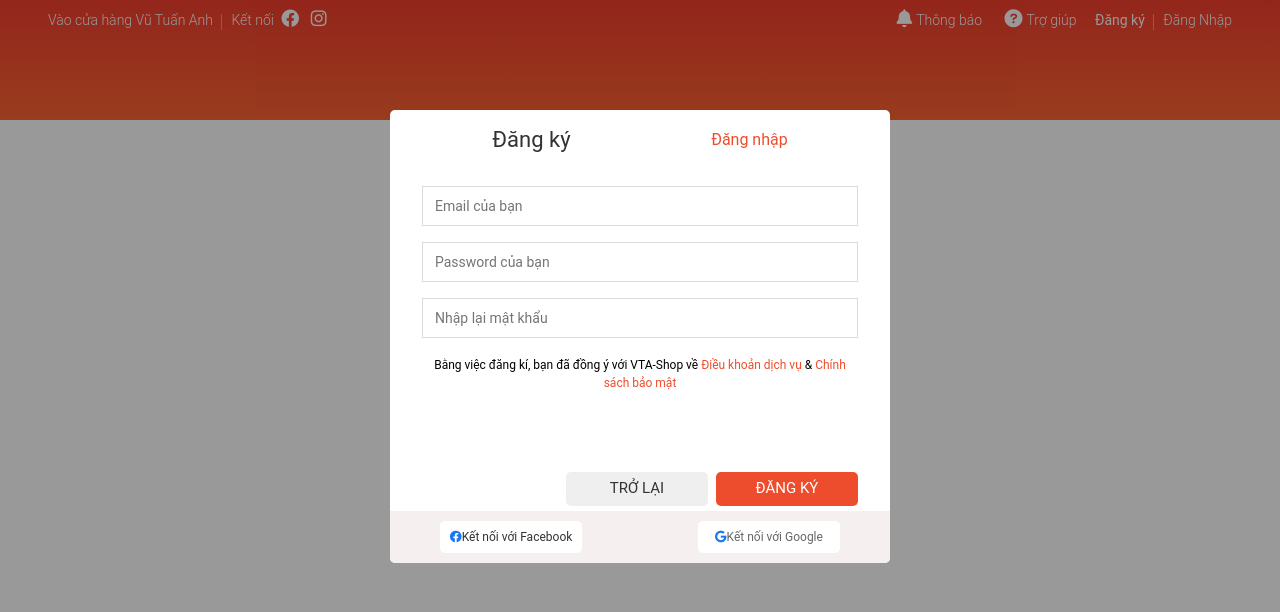
Repository: VuTuanAnh0949/Shopee
Page: index.html
These files come from the project's save history. The page is drawn as it stood at one moment and after the next save; the edit follows.
The browser window is 1280 px wide. The pictures show the whole page.

Above is the page before, as saved 2022-02-16 14:05:16.

### index.html
<!DOCTYPE html>
<html lang="en">

<head>
    <meta charset="UTF-8" />
    <meta http-equiv="X-UA-Compatible" content="IE=edge" />
    <meta name="viewport" content="width=device-width, initial-scale=1.0" />
    <title>Shopee</title>
    <link rel="stylesheet" href="https://cdnjs.cloudflare.com/ajax/libs/normalize/8.0.1/normalize.min.css" />
    <link rel="stylesheet" href="./assets/css/base.css" />
    <link rel="stylesheet" href="./assets/css/main.css" />
    <link rel="stylesheet" href="./assets/fonts/fontawesome-free-6.0.0-web/css/all.min.css">
    <link rel="stylesheet" href="https://fonts.googleapis.com/css?family-Roboto:300, 400, 500,78
0&display=swap&subset=vietnamese" rel="stylesheet" />

</head>

<body>
    <!-- Block Element Modifier -->
    <div class="app">
        <header class="header">
            <div class="grid">
                <nav class="header__navbar">
                    <ul class="header__navbar-list">
                        <li class="header__navbar-item header__navbar-item--has-qr header__navbar-item--separate">Vào cửa hàng Vũ Tuấn Anh
                            <div class="header__qr">
                                <img src="./assets/img/QR_code.png" alt="QR Code" class="header__qr-img">
                                <div class="header__qr-apps">
                                    <a href="" class="header__qr-link"><img src="./assets/img/Google_Play.png" alt="Google Play" class="header__qr-dowload-img">
                                    </a>
                                    <img src="./assets/img/App_store.png" alt="App Store" class="header__qr-dowload-img">
                                </div>
                            </div>
                        </li>
                        <li class="header__navbar-item">
                            <span class="header__navbar-title--no-pointer">Kết nối</span>
                            <a href="" class="header__navbar-icon-link"><i class="header__navbar-icon fa-brands fa-facebook"></i></a>
                            <a href="" class="header__navbar-icon-link"><i class="header__navbar-icon fa-brands fa-instagram"></i></a>
                        </li>
                    </ul>

                    <ul class="header__navbar-list">
                        <li class="header__navbar-item header__navbar-item--has-notification">
                            <a href="" class="header__navbar-item-link"><i class="header__navbar-icon fa-solid fa-bell"></i>Thông báo</a>
                            <div class="header__notification">
                                <header class="header__notification-header">
                                    <h3>Thông báo mới nhận</h3>
                                </header>
                                <ul class="header__notification-list">
                                    <li class="header__notification-item header__notification-viewed">
                                        <a href="" class="header__notification-link">
                                            <img src="https://cf.shopee.vn/file/a2344384834f0903b232953bf8e1d283_tn" alt="" class="header__notification-img">
                                            <div class="header__notification-info">
                                                <span class="header__notification-name">Bàn Phím cơ chính hãng K400-Đen</span>
                                                <span class="header__notification-descriotion">Bàn phím cơ máy tính gaming K550 Pro full Led 7 chế độ hiệu ứng là mẫu bàn phím phù hợp cho văn phòng và game thủ</span>
                                            </div>
                                        </a>
                                    </li>
                                    <li class="header__notification-item">
                                        <a href="" class="header__notification-link">
                                            <img src="https://cf.shopee.vn/file/fbd0d6cd59ae0c260cbdd8d2bdccbe06_tn" alt="" class="header__notification-img">
                                            <div class="header__notification-info">
                                                <span class="header__notification-name">Bàn phím cơ chính hãng K400-Trắng xanh 1</span>
                                                <span class="header__notification-descriotion">Bàn phím cơ máy tính gaming K550 Pro full Led 7 chế độ hiệu ứng là mẫu bàn phím phù hợp cho văn phòng và game thủ</span>
                                            </div>
                                        </a>
                                    </li>
                                    <li class="header__notification-item ">
                                        <a href="" class="header__notification-link">
                                            <img src="https://cf.shopee.vn/file/26989c24e549299dcfb324055082c553" alt="" class="header__notification-img">
                                            <div class="header__notification-info">
                                                <span class="header__notification-name">Bàn phím cơ chính hãng K400-Trắng xanh 2</span>
                                                <span class="header__notification-descriotion">>Bàn phím cơ máy tính gaming K550 Pro full Led 7 chế độ hiệu ứng là mẫu bàn phím phù hợp cho văn phòng và game thủ</span>
                                            </div>
                                        </a>
                                    </li>
                                </ul>
                                <div class="footer header__notification-footer">
                                    <a href="" class="header__notification-footer-btn">Xem tất cả</a>


                                </div>
                            </div>
                        </li>
                        <li class="header__navbar-item">
                            <a href="" class="header__navbar-item-link"><i class="header__navbar-icon fa-solid fa-circle-question"></i>Trợ giúp</a>
                        </li>
                        <li class="header__navbar-item header__navbar-item--strong header__navbar-item--separate">Đăng ký</li>
                        <li class="header__navbar-item header__navbar-ite--strong"> Đăng Nhập</li>
                    </ul>
                </nav>
            </div>
        </header>
        <div class="container">

        </div>
        <footer class="footer">

        </footer>
    </div>
    <!-- Modal layout -->
    <div class="modal">
        <div class="modal__overlay"></div>

        <div class="modal__body">

            <!-- Authen form -->
            <div class="auth-form">
                <div class="auth-form__container">
                    <div class="auth-form__container"></div>
                    <div class="auth-form__header">
                        <h3 class="auth-form__heading">Đăng ký</h3>
                        <span class="auth-form__switch-btn">Đăng nhập</span>
                    </div>
                    <div class="auth-form__form">
                        <div class="auth-form__group">
                            <input type="text" class="auth-form__input" placeholder="Email của bạn">
                        </div>
                        <div class="auth-form__group">
                            <input type="password" class="auth-form__input" placeholder="Password của bạn">
                        </div>
                        <div class="auth-form__group">
                            <input type="password" class="auth-form__input" placeholder="Nhập lại mật khẩu ">
                        </div>
                    </div>
                    <div class="auth-form__aside">
                        <p class="auth-form__policy-text">
                            Bằng việc đăng kí, bạn đã đồng ý với VTA-Shop về
                            <a href="" class="auth-form__text-link">Điều khoản dịch vụ</a> &
                            <a href="" class="auth-form__text-link">Chính sách bảo mật</a>
                        </p>
                    </div>
                    <div class="auth-form__controls">
                        <button class="btn btn--normal auth-form__controls-back ">TRỞ LẠI</button>
                        <button class="btn btn--primary">ĐĂNG KÝ</button>
                    </div>
                </div>
                <div class="auth-form__socials--facebook">
                    <a href="" class="btn btn--size-s btn--with-icon">
                        <i class="auth-form__socials-icon fa-brands fa-facebook"></i>
                        <span class="auth-form__socials-title">
                            Kết nối với Facebook
                        </span>
                    </a>

                    <a href="" class="auth-form__socials--google btn btn--size-s btn--with-icon">
                        <i class="auth-form__socials-icon fa-brands fa-google"></i>
                        <span class="auth-form__socials-title">
                            Kết nối với Google
                        </span>
                    </a>
                </div>
            </div>
        </div>
    </div>
</body>

</html>

### assets/css/base.css
:root {
  --primary-color:#EE4D2D;
  --white-color: #fff;
  --black-color: #000;
  --text-color: #333;
  --border-color:#dbdbdb;
}
* {
  box-sizing: inherit;
}
html {
  font-size: 62.5%;
  line-height: 1.6rem;
  font-family: "Roboto", sans-serif;
  box-sizing: border-box;
}
.grid {
  width: 1200px;
  max-width: 100%;
  margin: 0 auto;
}
.grid__full-width {
  width: 100%;
}
.grid__row {
  display: flex;
  flex-wrap: wrap;
}
/* Animation */
@keyframes fadeIn{
  from{
    opacity: 0;
  }to{
    opacity: 1;
  }
}
/* Modal */
.modal{
  position: fixed;
  top: 0;
  right: 0;
  bottom: 0;
  left: 0;
  display: flex;
}
.modal__overlay{
  position: absolute;
  width: 100%;
  height: 100%;
  background-color: rgba(0,0,0,0.4);
}
.modal__body{
  width: 500px;
  height: 500px;
  margin: auto;
  position: relative;
  z-index: 1;  /* để cho modal nổi lên */
}
/* Button style */
.btn{
  min-width: 142px;
  height: 34px;
  text-decoration: none;
  border:none ;
  border-radius: 5px;
  font-size: 1.5rem;
  padding:0 12px;
  outline: none;
  cursor: pointer;
  color: var(--text-color);
  align-items: center;
 justify-content: center;
}
.btn.btn--normal:hover{
  background-color: rgba(0,0,0,0.05);
}
.btn.btn--size-s{
  height: 32px;
  font-size: 12px;
  padding:0 8px;
}
/* .. dùng để css 1 element có 2 class */
.btn.btn--primary{
  color: var(--white-color);
  background-color: var(--primary-color);
  }
.btn.btn-disabled{
  color: #949494;
  cursor: default;
  background-color: #c3c3c3;
}

### assets/css/main.css
.header{
height: 120px;
background-image:linear-gradient(0, #fe6433, #f53e2d) ;
}
.header__navbar{
  display: flex;
  justify-content: space-between;
}
.header__navbar-list{
list-style: none;
padding-left: 0;
margin-top: 9px;
}
.header__navbar-item{
  margin: 0 8px;
  position: relative;
  min-height: 26px;
}
.header__navbar-item--has-qr:hover .header__qr{
  display: block;
}
.header__navbar-item--has-notification:hover .header__notification{
  display: block;
}
.header__navbar-item,
.header__navbar-item-link{
  display:inline-block;
  font-size: 1.4rem;
  color:var(--white-color);
  text-decoration: none;
  font-weight: 300;
}
.header__navbar-item,
.header__navbar-item-link,
.header__navbar-icon-link{
/*   display: flex; */
  align-items: center;
}
.header__qr::before{
  position: absolute;
  left: 0;
  top: -16px;
  width: 100%;
  height: 20px;
  content: "";
  display: block;

}
.header__navbar-item:hover,
.header__navbar-icon-link:hover,
.header__navbar-item-link:hover{
  cursor: pointer;
  color: rgba(255,255,255,0.7);
}
.header__navbar-item--strong{
  font-weight: 400;
}
.header__navbar-item--separate::after{
  content: "";
  display: block;
  position: absolute;
border-left: 1px solid #FB9086;
height: 16px;
right: -9px;
top: 37%;
transform: translateY(-50%);
}
.header__navbar-icon-link{
  color: var(--white-color);
  text-decoration: none;
}
.header__navbar-icon{
  font-size: 1.8rem;
  margin: 0 4px;
}
.header__navbar-title--no-pointer{
  cursor: text;
  color: var(--white-color);
  text-decoration: none;
}
/* Header QR code */
.header__qr{
  width: 180px;
background-color: var(--white-color);
position: absolute;
left: 0;
top: 100%;
padding: 8px;
border-radius: 5px;
display: none;
animation: fadeIn ease-in 0.3s;
}
.header__qr-img{
width: 100%;
}
.header__qr-apps{
display: flex;
justify-content: space-between;
}
.header__qr-link:nth-child(1){
  margin-left: 11px;
}
.header__qr-link:nth-child(2){
  margin-right: 15px;
}
.header__qr-dowload-img{
  height: 16px;
}
/* header__notification */
.header__notification{
position: absolute ;
top: 27px;
right: 0;
width: 404px;
background-color: var(--white-color);
border-radius: 5px;
border: 1px solid #D3D3D3;
cursor: default;
transform-origin:90% top;
animation:  headerNotificationGrowth ease-in 0.2s;
will-change: opacity, transform;
display: none;
}
.header__notification::before{
content: "";
border-width:20px 30px ;
border-style: solid;
/* Tạo một lớp giá */
border-color:transparent transparent var(--white-color) transparent;
position: absolute;
right: 6px;
top: -30px;
}
/* Giúp di chuột vào quả chuông cạnh nút thông báo không bị mất list thông báo */
.header__notification::after{
  content: "";
  display: block;
  position: absolute;
  height: 20px;
  width: 90px;
  top: -16px;
  right: 0;
 }
@keyframes headerNotificationGrowth{
  from{
    opacity: 0;
    transform: scale(0);
  }to{
    opacity: 1;
    transform: scale(1);
  }
}
.header__notification-header{
  height: 40px;
  background-color: var(--white-color);
  border-radius: 5px;
}
.header__notification-header h3{
  color: #999;
  margin: 0 0 0 12px;
  width: 400;
  font-size: 1.4rem;
  line-height: 40px;
  user-select: none;  /* không cho coppy */
}
.header__notification-list{
padding-left: 0;
}
.header__notification-item{
display: flex;

}
.header__notification-item:hover{
  background-color: #f7f7f7
}
.header__notification-viewed{
  background-color: rgba(238,75,43,0.08);

}
.header__notification-link{
  display: flex;
  width: 100%;
  padding: 12px;
  text-decoration: none;
}
.header__notification-img{
width: 48px;
object-fit: contain;
}
.header__notification-info{
margin-left: 12px;
}
.header__notification-name{
display: block;
font-size: 1.4rem;
color: var(--text-color);
font-weight: 400px;
line-height: 1.8rem;
}
.header__notification-descriotion{
display: block;
font-size: 1.2rem;
line-height: 1.6rem;
color: #765F6E;
margin-top: 4px;
}
.header__notification-footer{
 display: flex;
}
.header__notification-footer-btn{
  text-decoration: none;
  color:var(--text-color);
  width: 100%;
  padding: 8px 0;
  margin: auto;
  font-size: 1.4rem;
  font-weight: 400;
  text-align: center;
}
/* Authen modal */
.auth-form{
  width: 500px;
    background-color: var(--white-color);
  border-radius: 5px;
  overflow: hidden;
}
.auth-form__container{
  padding: 0 32px;
}
.auth-form__header{
  display: flex;
  align-items: center;
  justify-content: space-around;
}
.auth-form__heading{
  font-size: 2.2rem;
  font-weight:400;
  color: var(--text-color);
}
.auth-form__switch-btn{
  font-size: 1.6rem;
  font-weight:400;
  color: var(--primary-color);
  cursor: pointer;
}
.auth-form__form{
}
.auth-form__input{
  width: 100%;
  height: 40px;
  margin-top: 16px;
  padding: 0 12px;
  font-size: 1.4rem;
  border: 1px solid var(--border-color);
  outline: none;
}
/*Dí chuột vào ô input => ô input nháy chuột  */
.auth-form__input:focus{
border-color: #777;
}
.auth-form__aside{
  margin-top: 18px;
}
.auth-form__policy-text{
  font-size: 1.2rem;
  line-height: 1.8rem;
  text-align: center;
  padding: 0 3px;
}
.auth-form__text-link{
  color: var(--primary-color);
  text-decoration: none;
}
.auth-form__controls{
  margin-top: 80px;
  display: flex;
  justify-content: flex-end;
}
.auth-form__controls-back{
  margin-right: 8px;
}
.auth-form__socials{
 background-color: #F5F5F5;
 padding: 16px 36px;
 display: flex;
 justify-content: space-between;
 margin-top: 20px;
}
.auth-form__socials--facebook{
  color: var(--white-color);
  background-color:#f5efef  ;
  display: flex;
  justify-content: space-between;
margin-top: 5px;

}
/* .auth-form__socials--facebook, */
.auth-form__socials-icon{
color: #1877f2;
}
.auth-form__socials-title{
  margin-top: 0 36px;
}
.auth-form__socials--google{
  color: #666;
  background-color: var(--white-color);
}
.btn--with-icon{
  display: flex;
}
.btn.btn--size-s {
  background-color: white;
margin:10px 50px;

}

Loaded but not shown: assets/fonts/fontawesome-free-6.0.0-web/css/all.min.css (library)

After the next save:
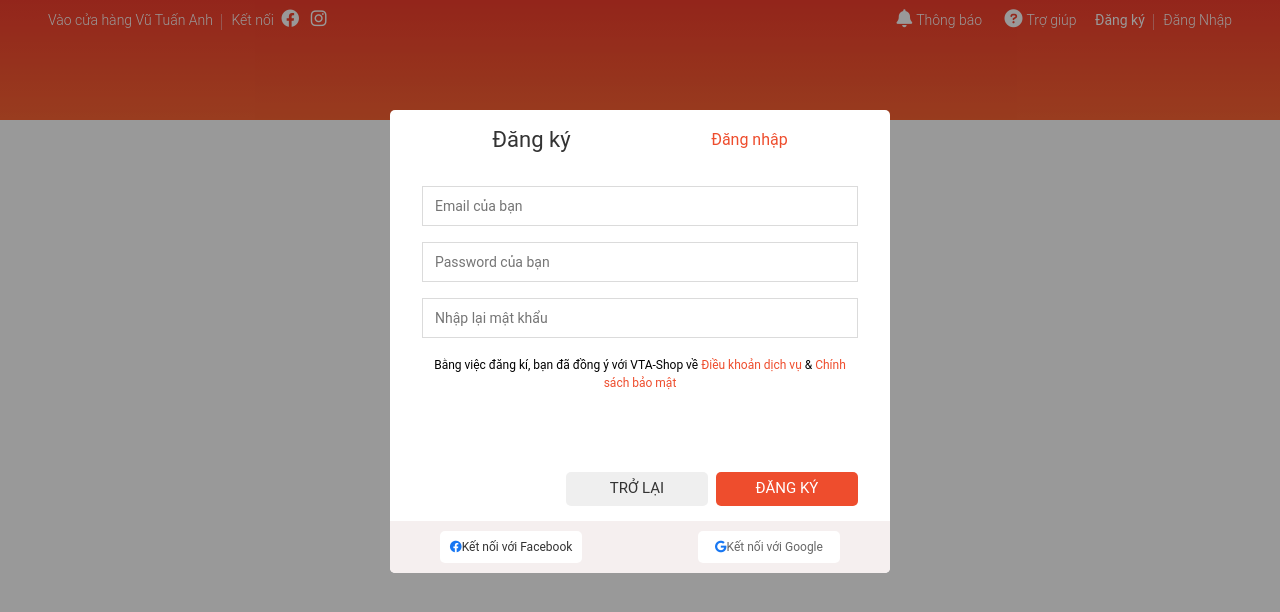
Saved 7 s later.
--- a/assets/css/main.css
+++ b/assets/css/main.css
@@ -291,7 +291,7 @@ border-color: #777;
   background-color:#f5efef  ;
   display: flex;
   justify-content: space-between;
-margin-top: 5px;
+margin-top: 15px;
 
 }
 /* .auth-form__socials--facebook, */
